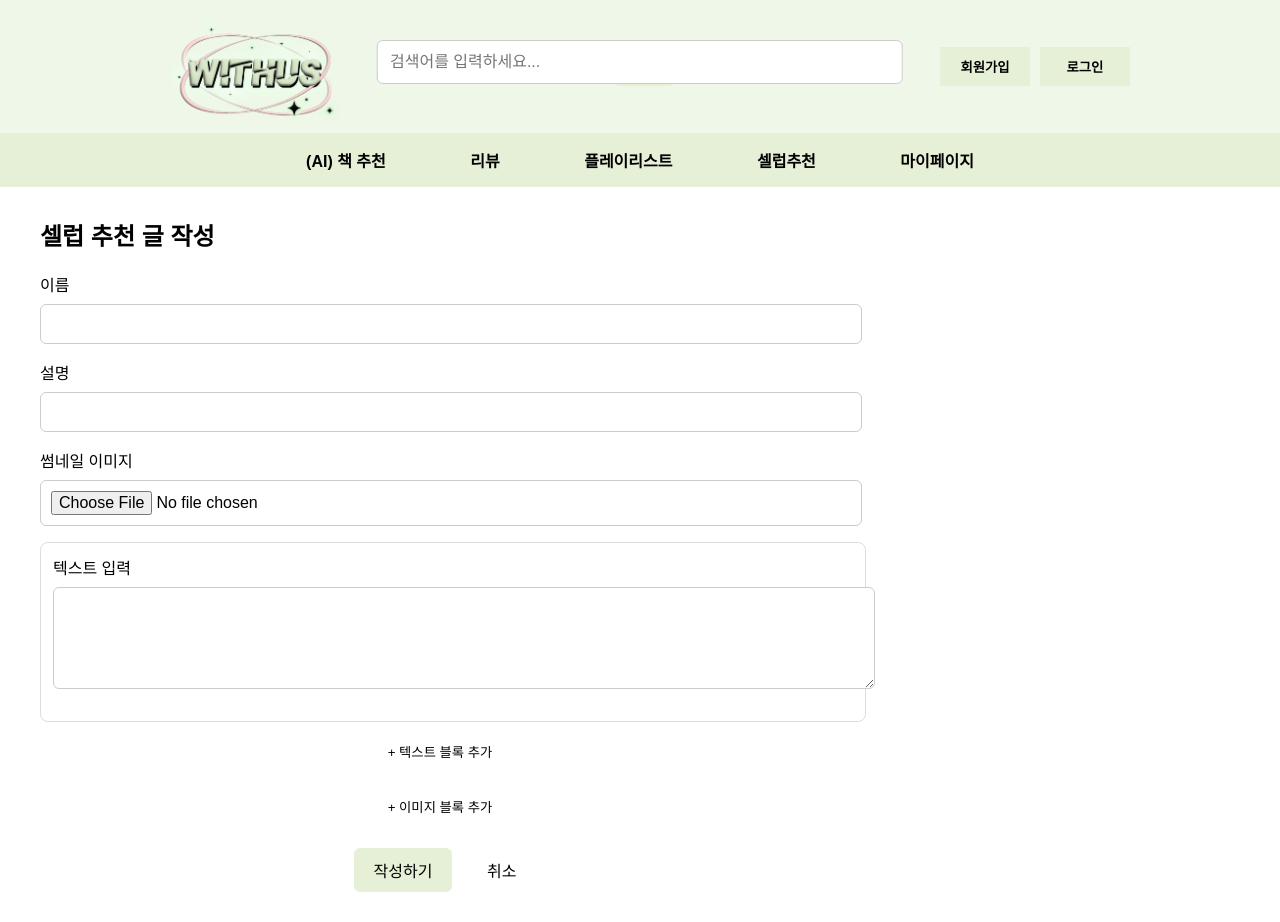
Repository: book-recommendation-team/book_recommendation_web_project
Page: http://localhost/2025_teamproject/celebForm.jsp
An editor plug-in stored every save of this project. The page is shown before and after a run of saves, followed by the edit.
The browser window is 1280 px wide. The pictures show the whole page.
The page is served by Tomcat 9.

Above is the page before, as saved 2025-07-02 05:23:21.

After the next 2 saves:
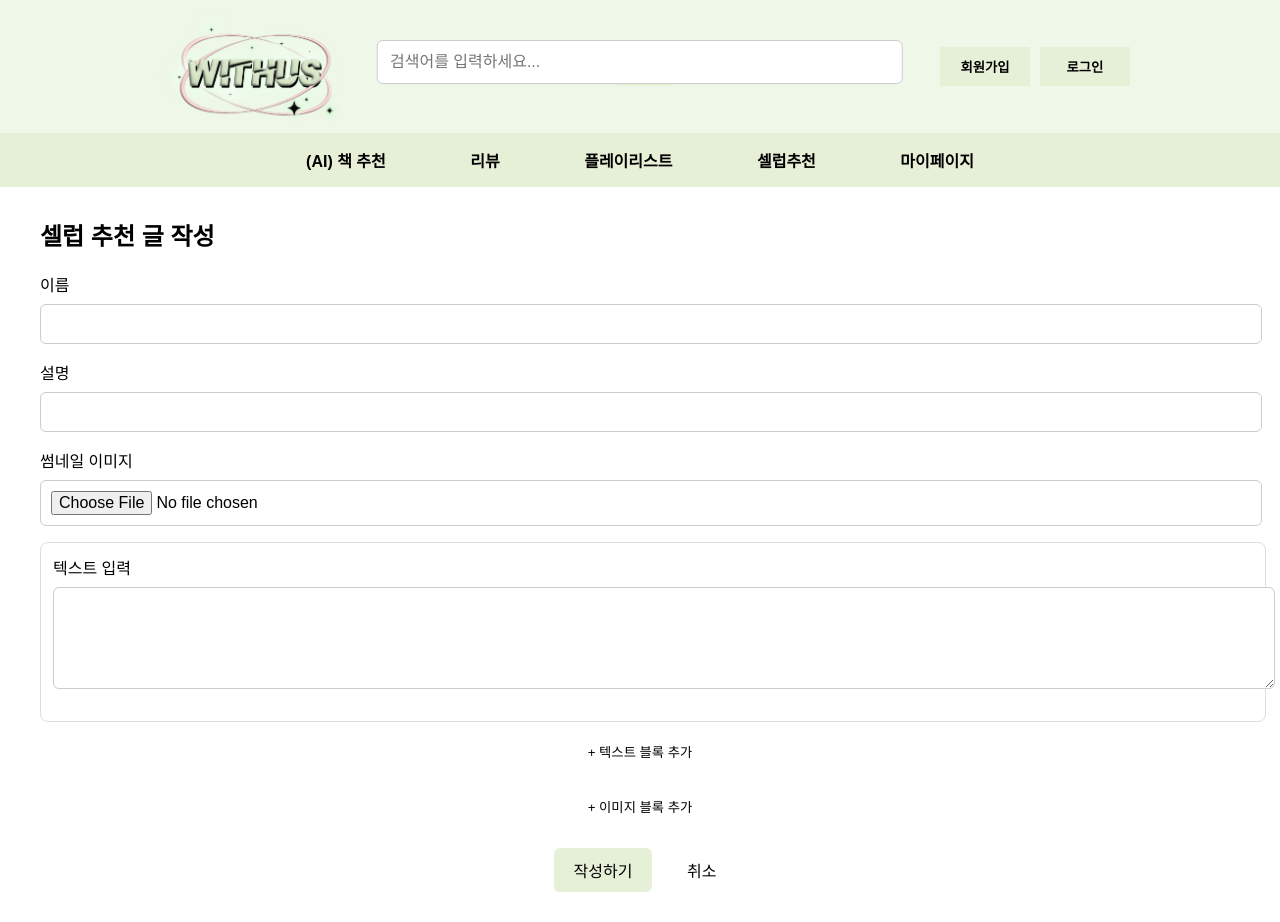
The 2 saves are shown as one change because they came seconds apart.
The last was saved 14 s later.
--- a/2025_teamproject/src/main/webapp/celebForm.jsp
+++ b/2025_teamproject/src/main/webapp/celebForm.jsp
@@ -12,7 +12,7 @@
 body {
 	font-family: 'Arial', sans-serif;
 	margin: 0;
-	padding : 0;
+	padding: 0;
 	background-color: #fff;
 	padding: 0;
 }
@@ -24,10 +24,8 @@ body {
 
 h2 {
 	margin-bottom: 20px;
-	max-width: 800px;
 }
-form {
-max-width: 800px;}
+
 input[type="text"], input[type="file"], textarea {
 	width: 100%;
 	padding: 10px;
@@ -95,60 +93,60 @@ input[type="text"], input[type="file"], textarea {
 
 <body>
 
-<header>
-	<div id="logo">
-		<a href="main.jsp"> <img src="img/logo.png" alt="로고">
-		</a>
-	</div>
-
-	<div class="search-group">
-		<input type="text" id="search-box" placeholder="검색어를 입력하세요..." />
-		<button id="search-btn">검색</button>
-	</div>
-	<div id="user-buttons">
-		<button id="join-btn" onclick="location.href='join.jsp'">회원가입</button>
-		<button id="login-btn" onclick="location.href='Login.jsp'">로그인</button>
-	</div>
-</header>
-
-<nav>
-	<a href="#">(AI) 책 추천</a> <a
-		href="${pageContext.request.contextPath}/reviewList">리뷰</a> <a
-		href="#">플레이리스트</a> <a
-		href="${pageContext.request.contextPath}/celebList">셀럽추천</a> <a
-		href="#">마이페이지</a>
-</nav>
-<div class="container">
-
-	<h2>셀럽 추천 글 작성</h2>
-
-	<form action="submitCelebPost" method="post"
-		enctype="multipart/form-data">
-		<label>이름</label> <input type="text" name="title" required> <label>설명</label><input
-			type="text" name="desc" required> <label>썸네일 이미지</label> <input
-			type="file" name="thumbnail" accept="image/*">
-
-		<div id="editor-area">
-			<div class="editor-block">
-				<label>텍스트 입력</label>
-				<textarea name="contentBlock1_text"></textarea>
-			</div>
+	<header>
+		<div id="logo">
+			<a href="main.jsp"> <img src="img/logo.png" alt="로고">
+			</a>
 		</div>
 
-		<div style="text-align: center; margin-bottom: 20px;">
-			<button type="button" class="add-block-btn"
-				onclick="addEditorBlock('text')">+ 텍스트 블록 추가</button>
-			<button type="button" class="add-block-btn"
-				onclick="addEditorBlock('image')">+ 이미지 블록 추가</button>
+		<div class="search-group">
+			<input type="text" id="search-box" placeholder="검색어를 입력하세요..." />
+			<button id="search-btn">검색</button>
 		</div>
+		<div id="user-buttons">
+			<button id="join-btn" onclick="location.href='join.jsp'">회원가입</button>
+			<button id="login-btn" onclick="location.href='Login.jsp'">로그인</button>
+		</div>
+	</header>
+
+	<nav>
+		<a href="#">(AI) 책 추천</a> <a
+			href="${pageContext.request.contextPath}/reviewList">리뷰</a> <a
+			href="#">플레이리스트</a> <a
+			href="${pageContext.request.contextPath}/celebList">셀럽추천</a> <a
+			href="#">마이페이지</a>
+	</nav>
+	<div class="container">
+
+		<h2>셀럽 추천 글 작성</h2>
+
+		<form action="submitCelebPost" method="post"
+			enctype="multipart/form-data">
+			<label>이름</label> <input type="text" name="title" required> <label>설명</label><input
+				type="text" name="desc" required> <label>썸네일 이미지</label> <input
+				type="file" name="thumbnail" accept="image/*">
+
+			<div id="editor-area">
+				<div class="editor-block">
+					<label>텍스트 입력</label>
+					<textarea name="contentBlock1_text"></textarea>
+				</div>
+			</div>
+
+			<div style="text-align: center; margin-bottom: 20px;">
+				<button type="button" class="add-block-btn"
+					onclick="addEditorBlock('text')">+ 텍스트 블록 추가</button>
+				<button type="button" class="add-block-btn"
+					onclick="addEditorBlock('image')">+ 이미지 블록 추가</button>
+			</div>
 
 
-		<div class="button-box">
-			<button type="submit" class="submit-btn">작성하기</button>
-			<button type="button" class="cancel-btn" onclick="history.back()">취소</button>
-		</div>
-	</form>
-</div>
+			<div class="button-box">
+				<button type="submit" class="submit-btn">작성하기</button>
+				<button type="button" class="cancel-btn" onclick="history.back()">취소</button>
+			</div>
+		</form>
+	</div>
 	<script>
 	let blockCount = 1;
 
